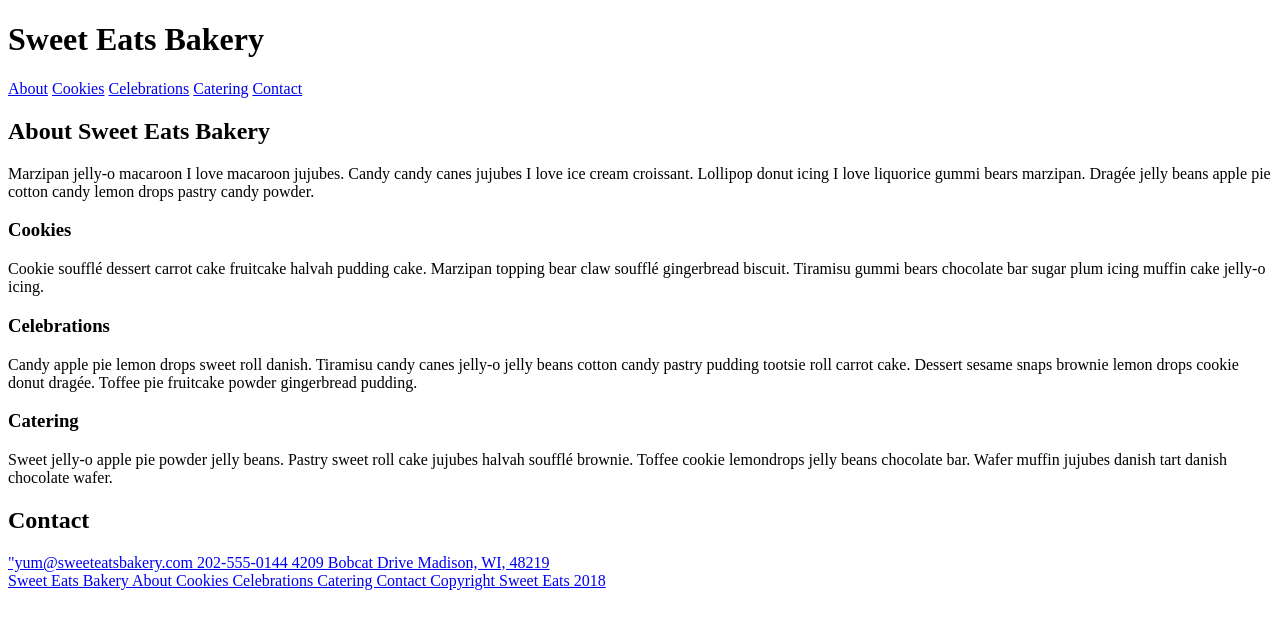
Repository: yoshimario/web-module-challenge-user-interface
Page: index.html
The author's editor kept a copy of each file at every save. The page is drawn from the files as they stood at one save, then again after the next save.
The browser window is 1280 px wide. The pictures show the whole page.
Some web fonts or font styles are not loaded; a fallback is used.

Above is the page before, as saved 2023-05-15 00:22:19.

### index.html
<!DOCTYPE html>
<html lang="en">

<head>
<meta charset="UTF-8">
<!-- import your css file -->
<link href="https://fonts.googleapis.com/css?family=Gaegu|Roboto" rel="stylesheet">
<title>Sweet Eats Bakery</title>
</head>

<body>

<!-- company name -->
<h1>Sweet Eats Bakery</h1>

<!-- Navigation -->
<nav>
<a href="#">About</a>
<a href="#">Cookies</a>
<a href="#">Celebrations</a>
<a href="#">Catering</a>
<a href="#">Contact</a>
</nav>

</header>
<!-- Image https://tk-assets.lambdaschool.com/bcf76f62-2431-4c22-b466-2e711f3da2b9_ui-i-bakery-main-header.png -->

<!-- Marketing header -->
<section>
<h2>About Sweet Eats Bakery </h2>

<p>Marzipan jelly-o macaroon I love macaroon jujubes. Candy candy canes jujubes I love ice cream croissant. Lollipop
donut icing I love liquorice gummi bears marzipan. Dragée jelly beans apple pie cotton candy lemon drops pastry candy
powder.</p>
</section>
<!-- content -->

<!-- Image https://tk-assets.lambdaschool.com/7393a8fd-c8e5-4003-921f-79e0d546d02c_ui-i-bakery-cookies.png -->
<section>
    <h3>Cookies</h3>

Cookie soufflé dessert carrot cake fruitcake halvah pudding cake. Marzipan topping bear claw soufflé gingerbread
biscuit. Tiramisu gummi bears chocolate bar sugar plum icing muffin cake jelly-o icing.

<!-- Image https://tk-assets.lambdaschool.com/297378d6-9c89-430f-9d2e-46ae3d5edce8_ui-i-bakery-cupcake-i.png -->
<h3>Celebrations</h3>

<p>Candy apple pie lemon drops sweet roll danish. Tiramisu candy canes jelly-o jelly beans cotton candy pastry pudding
tootsie roll carrot cake. Dessert sesame snaps brownie lemon drops cookie donut dragée. Toffee pie fruitcake powder
gingerbread pudding.</p>

    <!-- Image https://tk-assets.lambdaschool.com/ab0cb095-5900-476c-b042-aea065d3dbbf_ui-i-bakery-celebrate.png -->
<h3>Catering</h3>

<p>Sweet jelly-o apple pie powder jelly beans. Pastry sweet roll cake jujubes halvah soufflé brownie. Toffee cookie
lemondrops jelly beans chocolate bar. Wafer muffin jujubes danish tart danish chocolate wafer.</p>
</section>
<section>
<h2>Contact</h2>

<a href="mailto">"yum@sweeteatsbakery.com
202-555-0144
4209 Bobcat Drive
Madison, WI, 48219
</section>
<!-- footer -->
Sweet Eats Bakery

About
Cookies
Celebrations
Catering
Contact

Copyright Sweet Eats 2018
</body>

</html>

After the next save:
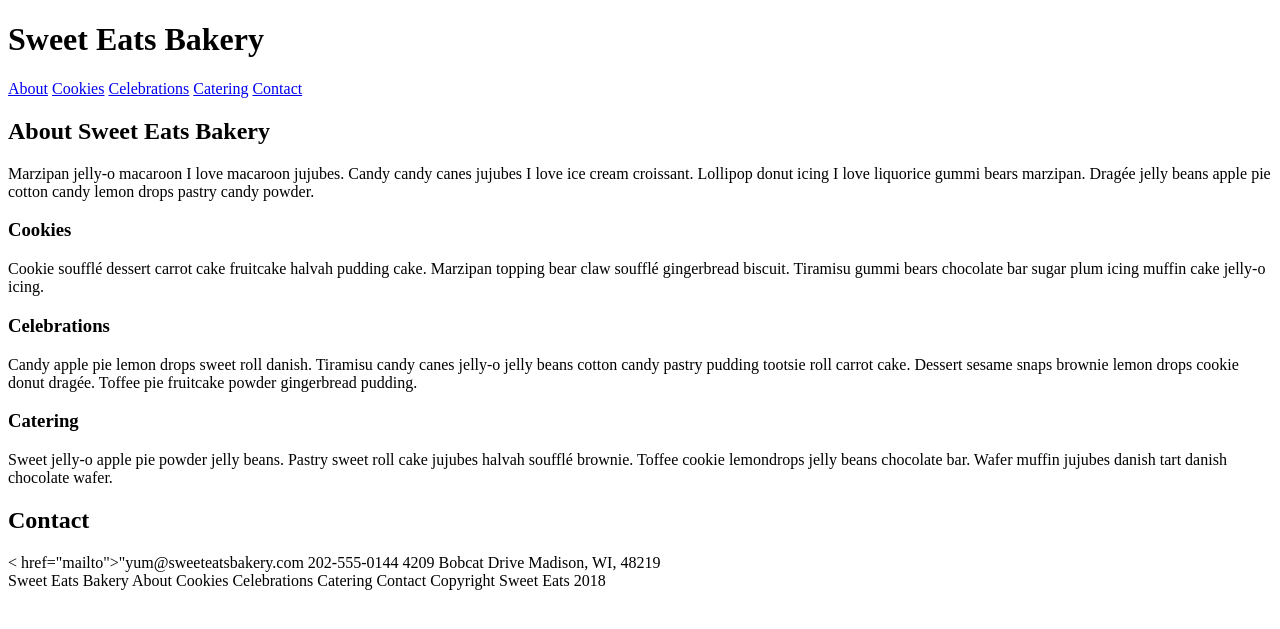
Saved 6 s later.
--- a/index.html
+++ b/index.html
@@ -58,7 +58,7 @@ lemondrops jelly beans chocolate bar. Wafer muffin jujubes danish tart danish ch
 <section>
 <h2>Contact</h2>
 
-<a href="mailto">"yum@sweeteatsbakery.com
+< href="mailto"</a>>"yum@sweeteatsbakery.com
 202-555-0144
 4209 Bobcat Drive
 Madison, WI, 48219
